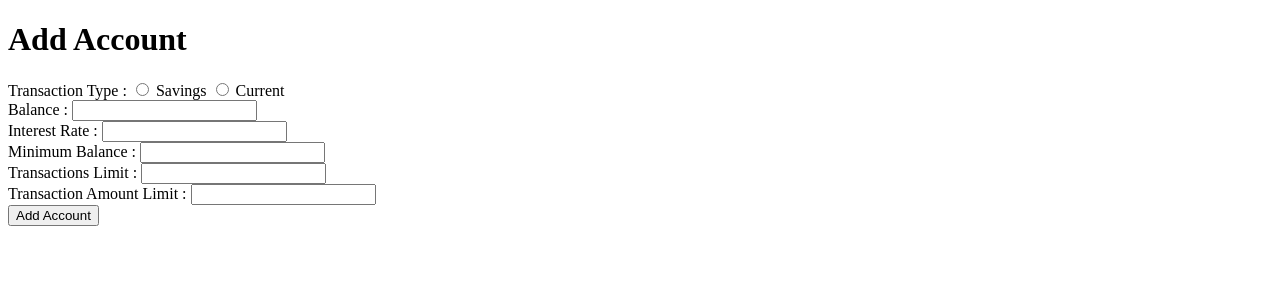
Repository: Shubham-Gawade/SpringHibernateTraining
Page: http://localhost/xorbankonline/WEB-INF/pages/maketransaction.jsp
The author's editor kept a copy of each file at every save. The page is drawn from the files as they stood at one save, then again after the next save.
The browser window is 1280 px wide. The pictures show the whole page.
The page is served by Tomcat 9. Nobody is signed in. Other server files are loaded and not shown. The template is opened directly, without the code that normally fills it, so the values that code supplies are empty.

Above is the page before, as saved 2021-10-07 08:29:36.

### xorbankonline/src/main/webapp/WEB-INF/pages/maketransaction.jsp
<%@ page language="java" contentType="text/html; charset=ISO-8859-1"
    pageEncoding="ISO-8859-1"%>
<%@ taglib prefix="form" uri="http://www.springframework.org/tags/form" %>
<!DOCTYPE html>
<html>
<head>
<meta charset="ISO-8859-1">
<title>Insert title here</title>
</head>
<body>
<h1>Add Account</h1>
	<form:form action="addaccount" method="post" modelAttribute="accountObj">
        <label >Transaction Type :</label>
        <form:radiobutton cssClass="form-check-input" path="transactionType" name="transactionType" id="transactionType" value="DEPOSIT"/>
        <label class="form-check-label" for="gender">Savings</label>
        <form:radiobutton cssClass="form-check-input" path="accountType" name="accountType" id="accountType" value="CURRENT"/>
        <label class="form-check-label" for="gender">Current</label>
        <div class="form-group">
			<label for="balance">Balance :</label>
			<form:input type="text" class="form-control" path="balance"
				name="balance" />
		</div>
		<div class="form-group">
			<label for="interestRate">Interest Rate :</label>
			<input type="text" class="form-control"
				name="interestRate" />
		</div>
		<div class="form-group">
			<label for="minimumBalance">Minimum Balance :</label>
			<input type="text" class="form-control"
				name="minimumBalance" />
		</div>
		<div class="form-group">
			<label for="transactionsLimit">Transactions Limit :</label>
			<input type="text" class="form-control"
				name="transactionsLimit" />
		</div>
		<div class="form-group">
			<label for="transactionAmountLimit">Transaction Amount Limit :</label>
			<input type="text" class="form-control"
				name="transactionAmountLimit" />
		</div>
		<input class="btn btn-primary" type="submit" value="Add Account"/>
	</form:form>
</body>
</html>

After the next save:
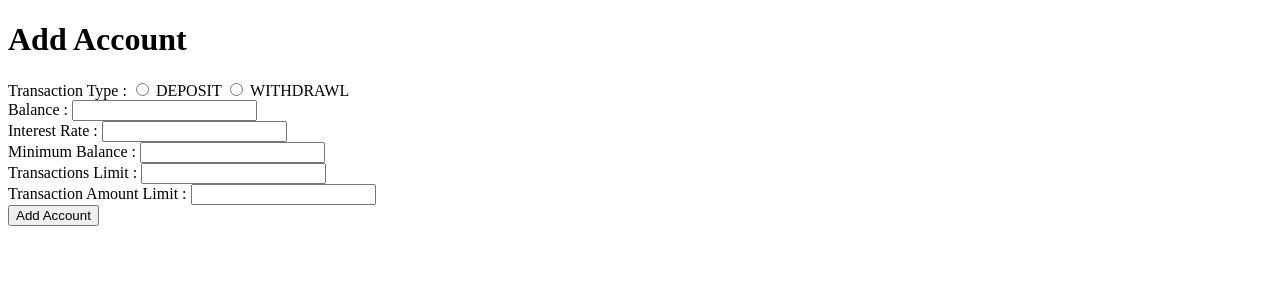
Saved 36 s later.
--- a/xorbankonline/src/main/webapp/WEB-INF/pages/maketransaction.jsp
+++ b/xorbankonline/src/main/webapp/WEB-INF/pages/maketransaction.jsp
@@ -12,9 +12,9 @@
 	<form:form action="addaccount" method="post" modelAttribute="accountObj">
         <label >Transaction Type :</label>
         <form:radiobutton cssClass="form-check-input" path="transactionType" name="transactionType" id="transactionType" value="DEPOSIT"/>
-        <label class="form-check-label" for="gender">Savings</label>
-        <form:radiobutton cssClass="form-check-input" path="accountType" name="accountType" id="accountType" value="CURRENT"/>
-        <label class="form-check-label" for="gender">Current</label>
+        <label class="form-check-label" for="gender">DEPOSIT</label>
+        <form:radiobutton cssClass="form-check-input" path="transactionType" name="transactionType" id="transactionType" value="WITHDRAWL"/>
+        <label class="form-check-label" for="gender">WITHDRAWL</label>
         <div class="form-group">
 			<label for="balance">Balance :</label>
 			<form:input type="text" class="form-control" path="balance"
